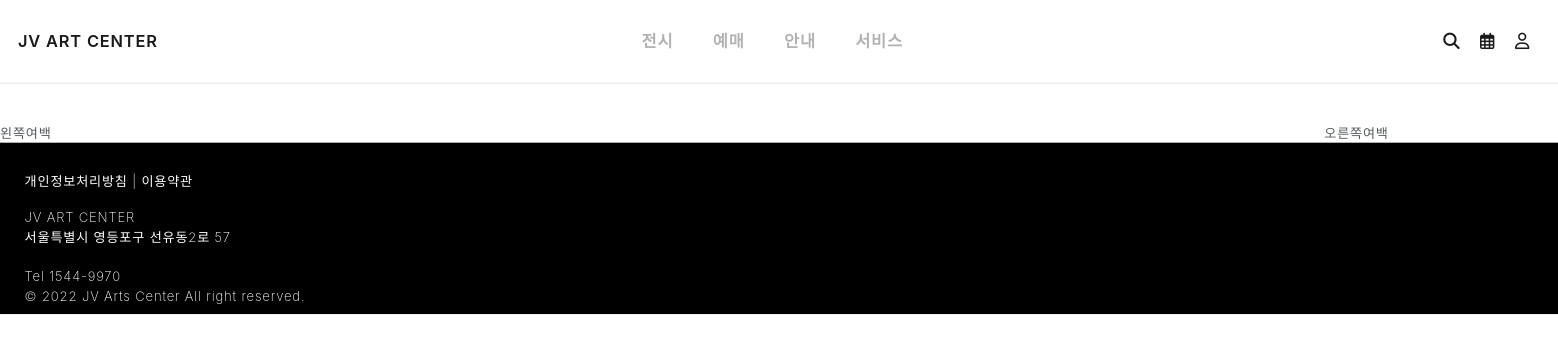
Repository: pshysd/SEMI_PROJECT
Page: http://localhost/JVArtCenter/index.jsp
An editor plug-in stored every save of this project. The page is shown before and after the next save, followed by the edit.
The browser window is 1280 px wide. The page is 1900 px wide, so the pictures cover 1900 px, including what lies to the right of the window. The pictures show the whole page, at 82% of full size.
Some web fonts or font styles are not loaded; a fallback is used. Some web libraries are served in a nearby version. The page is served by Tomcat 9. Nobody is signed in. The application's start-up code is not run.

Above is the page before, as saved 2022-10-25 13:57:21.

After the next save:
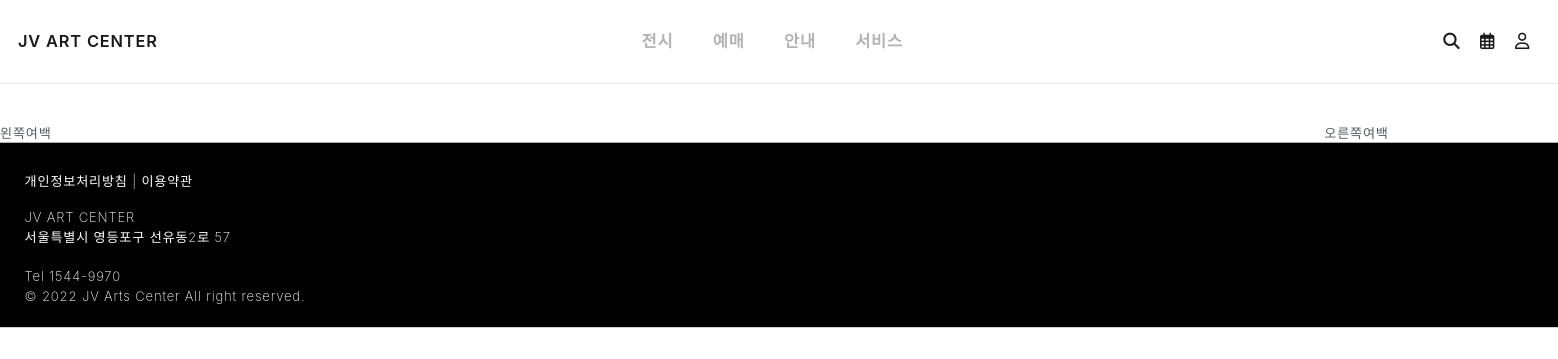
Saved 112 s later.
--- a/JVArtCenter/WebContent/views/common/footerbar.jsp
+++ b/JVArtCenter/WebContent/views/common/footerbar.jsp
@@ -18,8 +18,7 @@
 
     /* ---------- footer ---------- */
     #footer {
-      width: 100%;
-      height: 15%;
+      height: 225px;
       background-color: black;
       color: white;
       padding-left: 20px;
